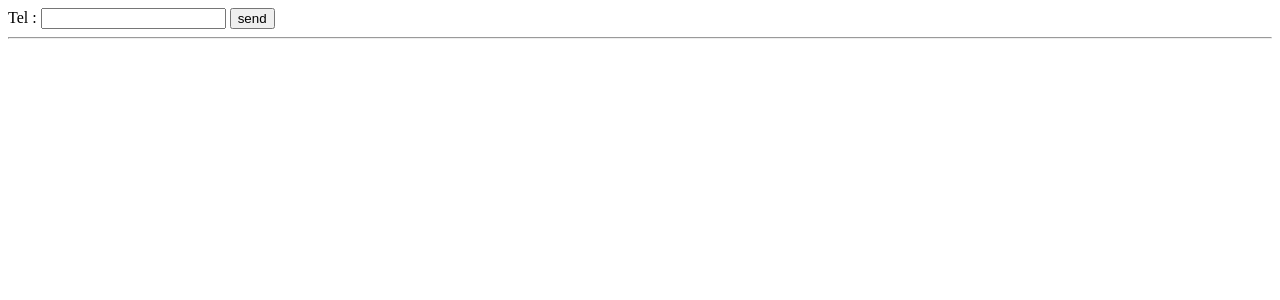
Repository: SongSooJin/JSP
Page: http://localhost/5-jsp-basic/example7/p166.jsp
The author's editor kept a copy of each file at every save. The page is drawn from the files as they stood at one save, then again after the next save.
The browser window is 1280 px wide. The pictures show the whole page.
The page is served by Tomcat 9. Other server files are loaded and not shown.

Above is the page before, as saved 2018-10-08 09:13:46.

### 5-jsp-basic/WebContent/example7/p166.jsp
<%@ page language="java" contentType="text/html; charset=UTF-8"
    pageEncoding="UTF-8"%>
<%@ taglib prefix="c" uri="http://java.sun.com/jsp/jstl/core"%>
<%@ page import="com.example.vo.User" %>
<!DOCTYPE html>
<html>
<head>
<meta charset="UTF-8">
<title>Insert title here</title>
</head>
<body>

	<form method="post">
		Tel : <input type="text" name="tel" sizs="40">
		<input type="submit" value="send">
	</form>
	<hr>
	${param.tel }
</body>
</html>

After the next save:
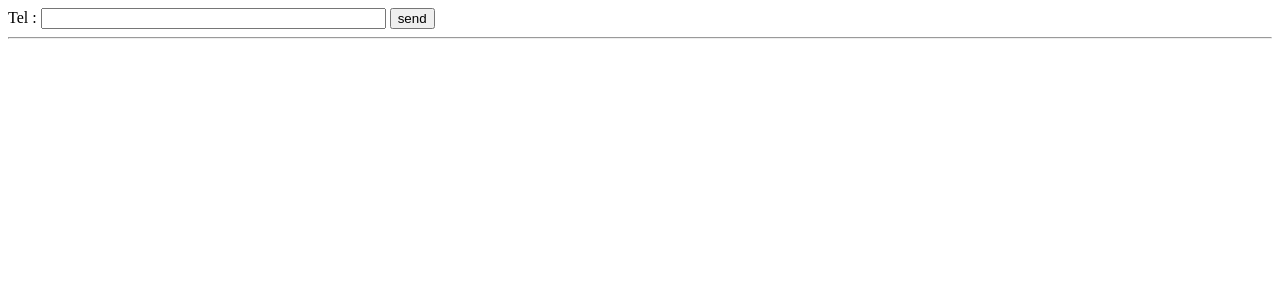
Saved 29 s later.
--- a/5-jsp-basic/WebContent/example7/p166.jsp
+++ b/5-jsp-basic/WebContent/example7/p166.jsp
@@ -11,7 +11,7 @@
 <body>
 
 	<form method="post">
-		Tel : <input type="text" name="tel" sizs="40">
+		Tel : <input type="text" name="tel" size="40">
 		<input type="submit" value="send">
 	</form>
 	<hr>
